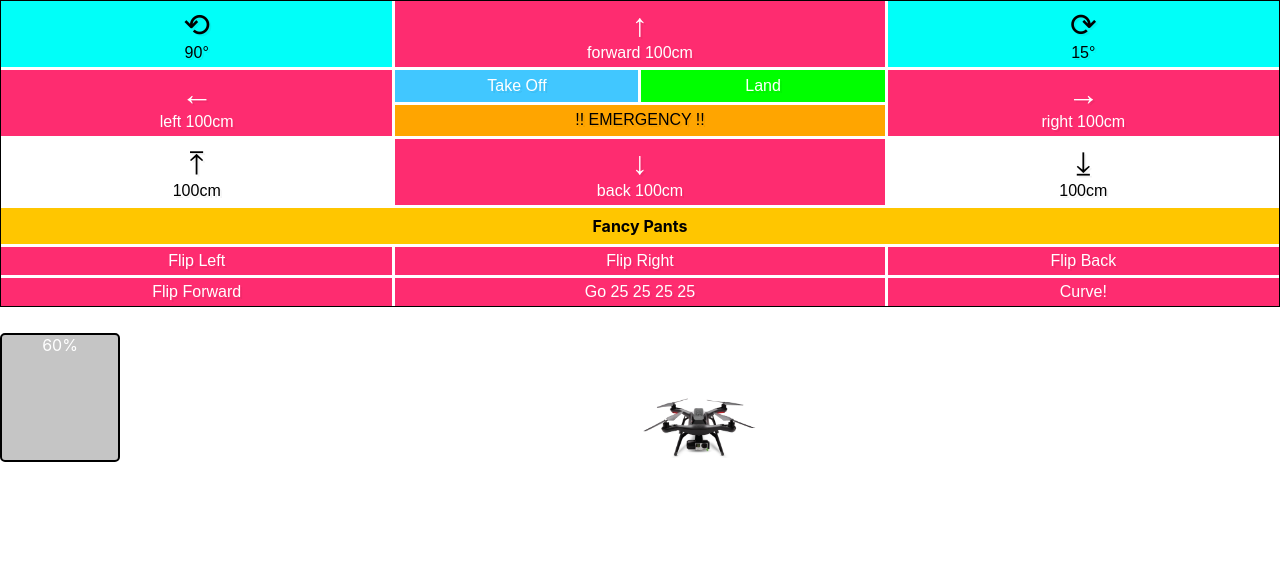
Repository: JivkoJelev91/Drone-Simulator
Page: /
An editor plug-in stored every save of this project. The page is shown before and after the next save, followed by the edit.
The browser window is 1280 px wide. The pictures show the whole page.
The project was rebuilt for these pictures with package versions that can differ from the ones it lists, and the page was loaded fresh each time. Also part of the build but not shown: src/App.css.

Above is the page before, as saved 2018-12-18 10:22:11.

After the next save:
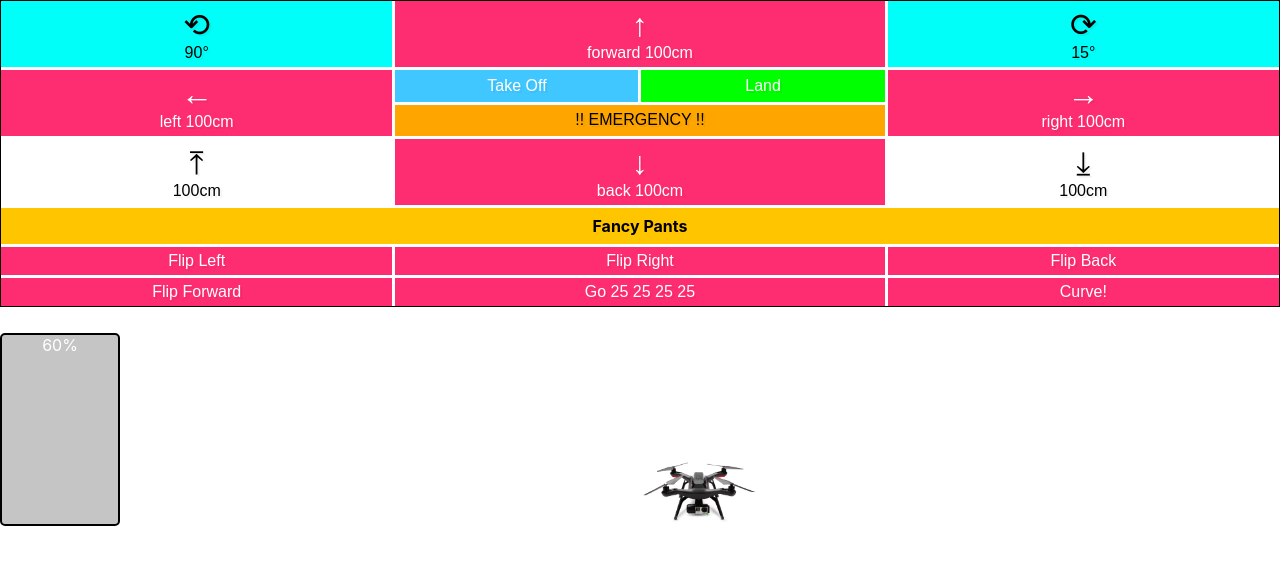
Saved 8 s later.
--- a/src/index.css
+++ b/src/index.css
@@ -20,7 +20,7 @@
 
 .parentDrone{
   width:100%;
-  padding-top: 5%;
+  padding-top: 10%;
 }
 
 .drone img {
